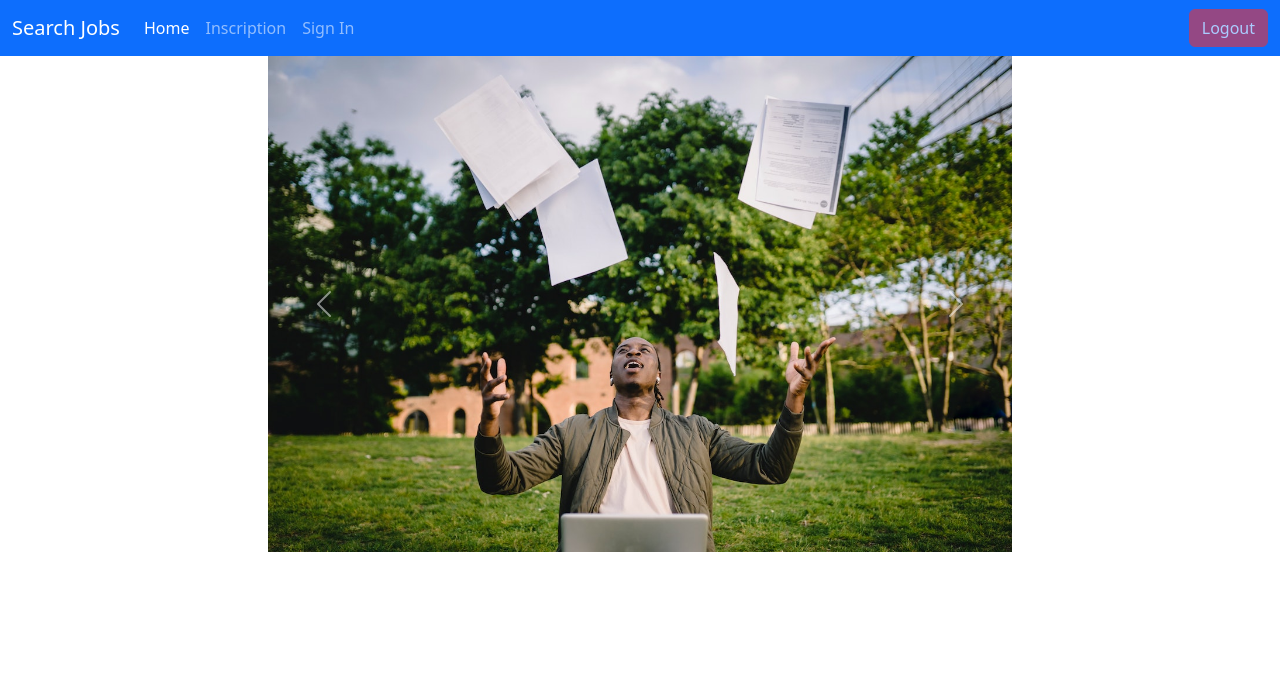
Repository: moAllElite/Examen-EJB-WEB-EAR
Page: http://localhost/SearchJobsWeb/
An editor plug-in stored every save of this project. The page is shown before and after the next save, followed by the edit.
The browser window is 1280 px wide. The pictures show the whole page.
The page is served by Tomcat 9. Nobody is signed in. The application's start-up code is not run.

Above is the page before, as saved 2023-03-21 20:49:05.

After the next save:
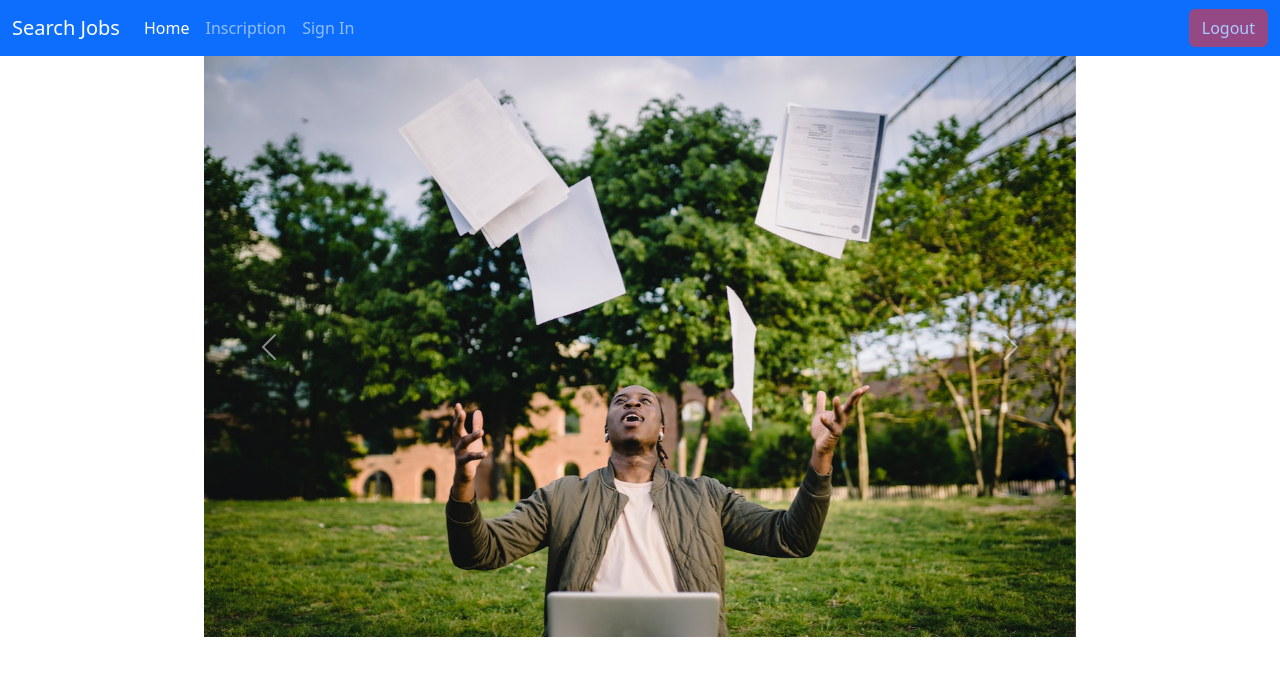
Saved 7 s later.
--- a/SearchJobsWeb/src/main/webapp/index.jsp
+++ b/SearchJobsWeb/src/main/webapp/index.jsp
@@ -31,7 +31,7 @@
 				    </div>
 				  </div>
 			</nav>
-			<div class="container-sm" style="width: 60%;">
+			<div class="container-sm" style="width: 70%;">
 				<div id="carouselExampleInterval" class="carousel slide" data-bs-ride="carousel">
 				  <div class="carousel-inner">
 				    <div class="carousel-item active" data-bs-interval="10000">
